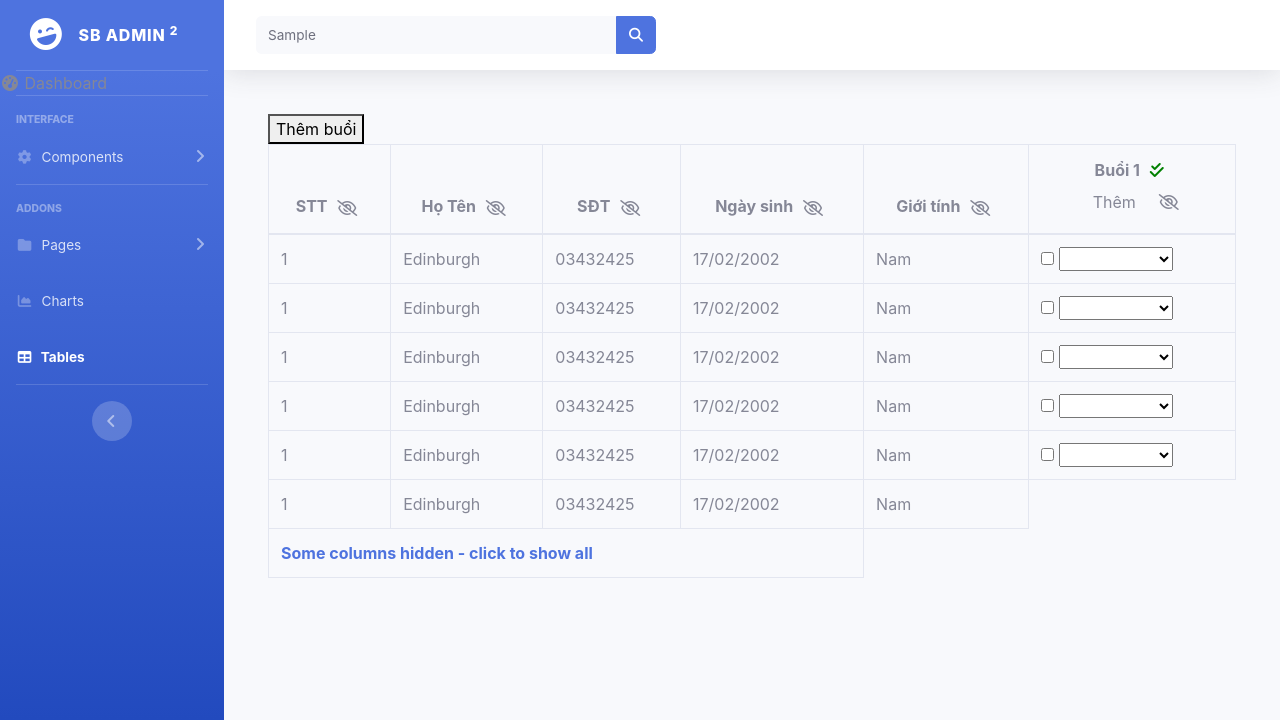
Repository: huyennvo/WebCiTEdu
Page: index.html
These files come from the project's save history. The page is drawn as it stood at one moment and after the next save; the edit follows.
The browser window is 1280 px wide. The pictures show the whole page.
Empty fields were first filled with sample values (such as "Sample", 5 or name@example.com).
After loading, the first visible `#insertCol` was clicked once.
Some web libraries are served in a nearby version.

Above is the page before, as saved 2022-07-30 00:21:05.

After the next save:
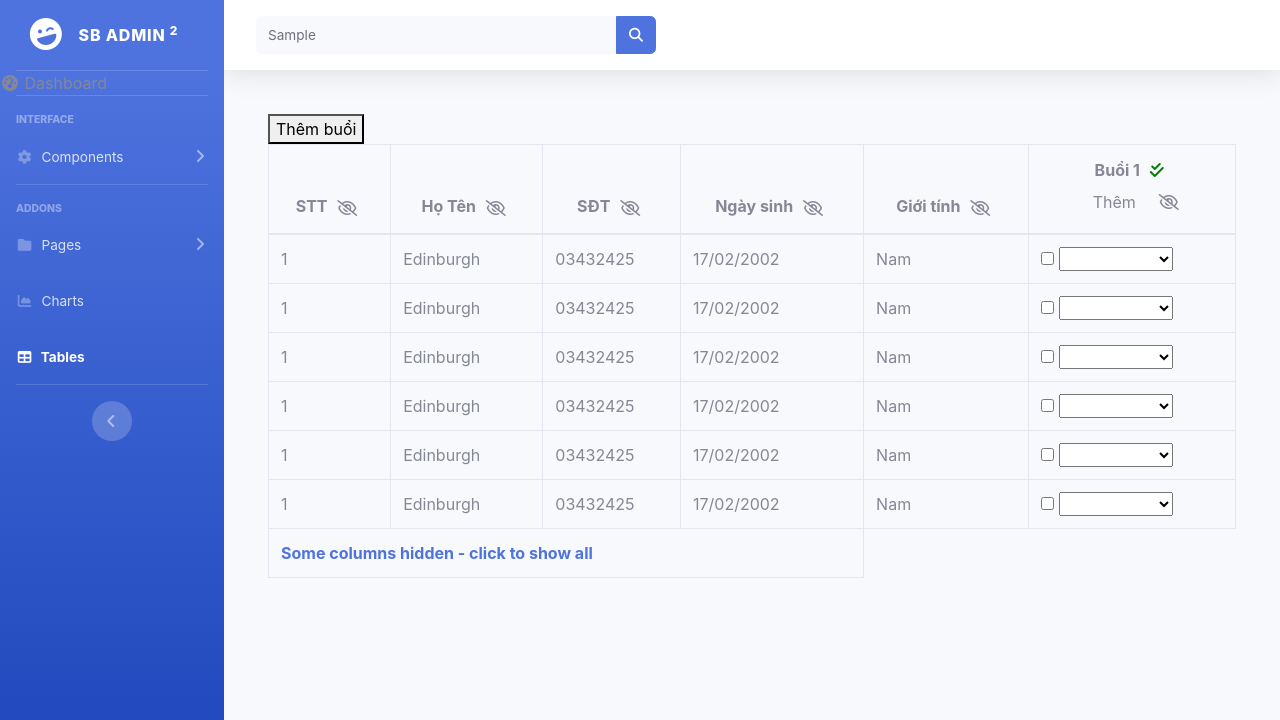
Saved 16 s later.
--- a/app.js
+++ b/app.js
@@ -65,7 +65,7 @@ $(document).ready(function () {
     <i class="fa fa-eye-slash"></i>
     </button> </th>`;
     $("#row1").append(html1);
-    for(let i = 0; i < 5; i++) {
+    for(let i = 0; i < 7; i++) {
       $(`#row${i + 2}`).append(`<td><input type="checkbox" id="checkBox${stt}" name="name" value="name">
       <select name="cars" id="cars" >
         <option value="saab" selected></option>
